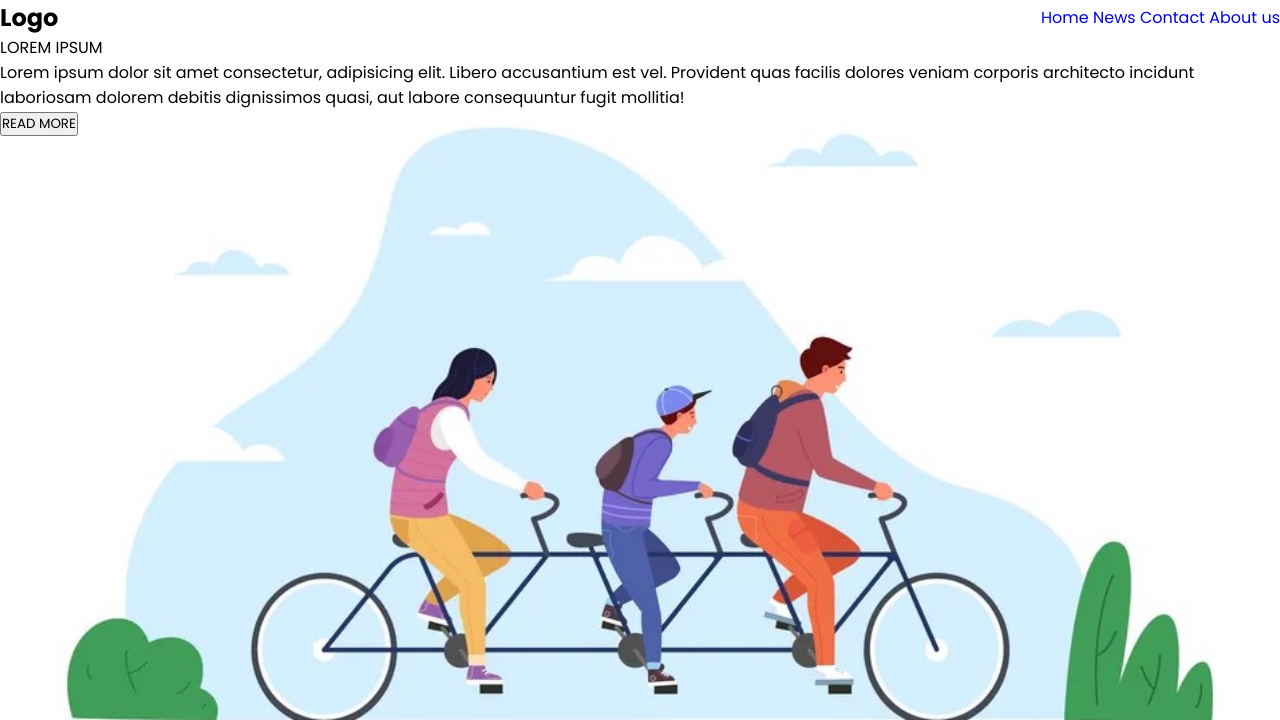
Repository: nganha241/1806
Page: index.html
These files come from the project's save history. The page is drawn as it stood at one moment and after the next save; the edit follows.
The browser window is 1280 px wide. The pictures show the whole page.

Above is the page before, as saved 2022-06-18 15:43:01.

After the next save:
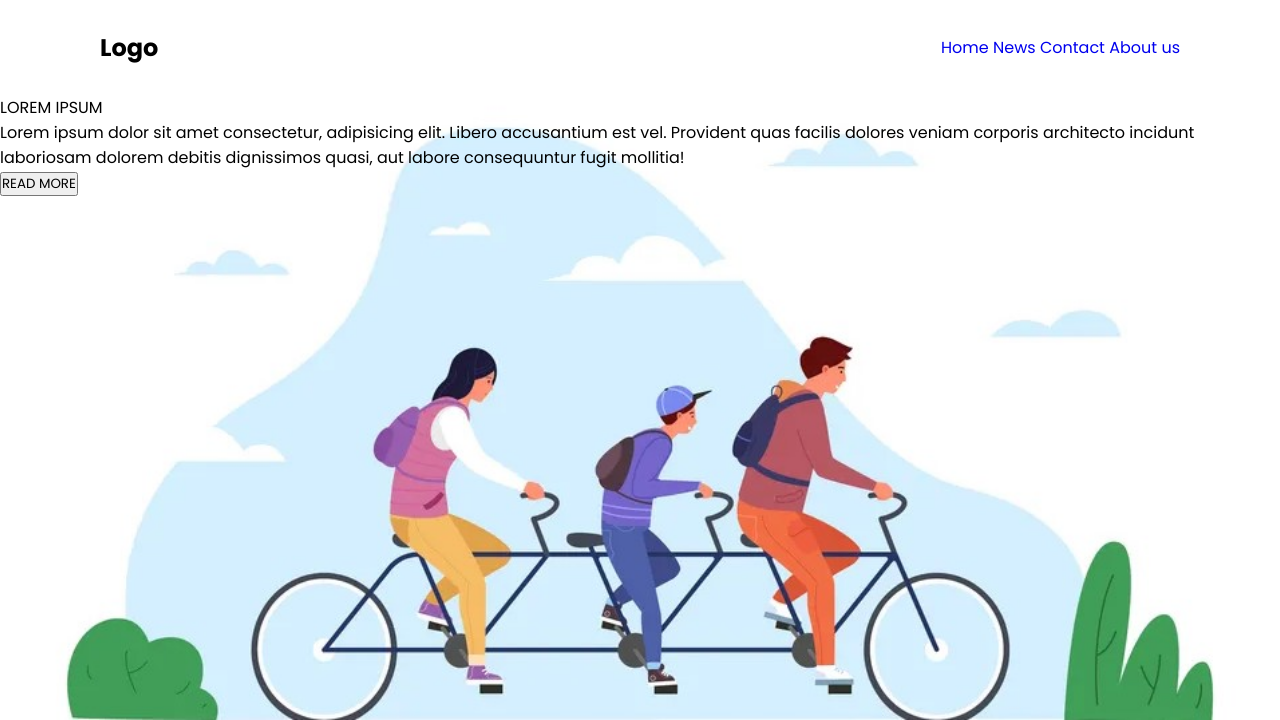
Saved 17 s later.
--- a/style.css
+++ b/style.css
@@ -26,7 +26,7 @@ section header {
     position: relative;
     top: 0;
     width: 100%;
-    /* margin: 30px 100px; */
+    padding: 30px 100px;
     display: flex;
     justify-content: space-between;
     align-items: center;
